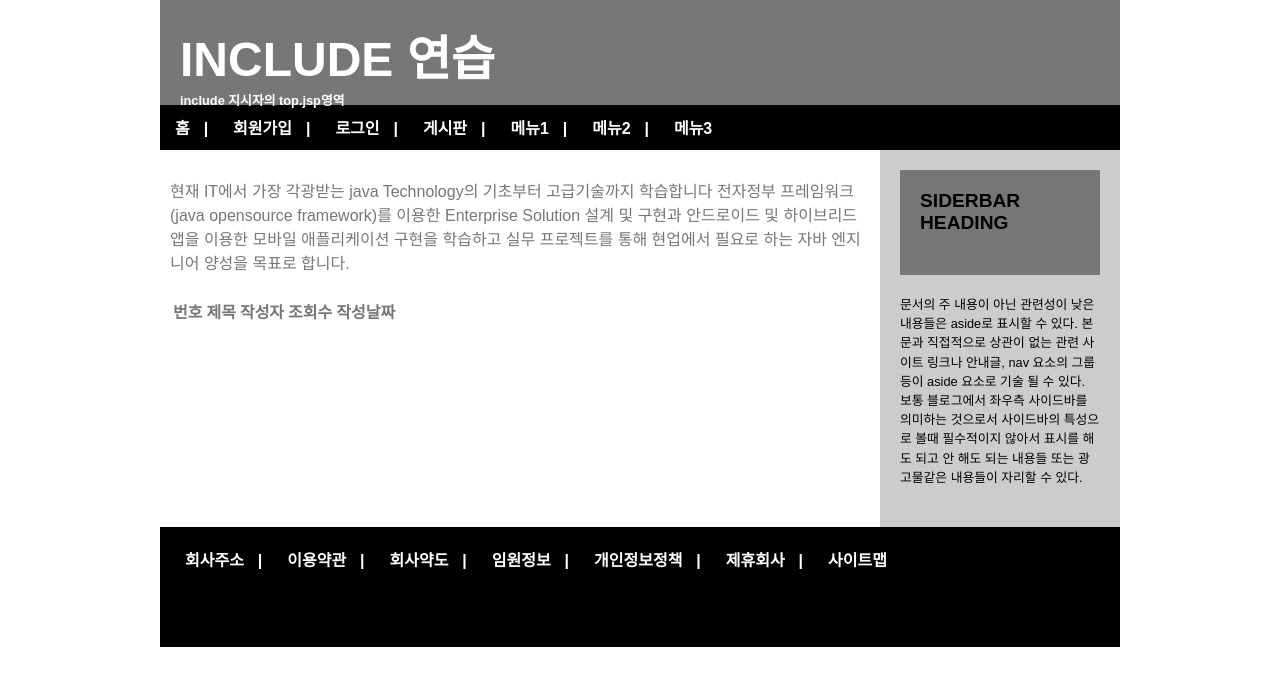
Repository: dev-sean/kosta
Page: http://localhost/jsp_1105/bbslist.jsp
The author's editor kept a copy of each file at every save. The page is drawn from the files as they stood at one save, then again after the next save.
The browser window is 1280 px wide. The pictures show the whole page.
Some web libraries are served in a nearby version. The page is served by Tomcat 9.

Above is the page before, as saved 2014-11-05 06:47:36.

After the next save:
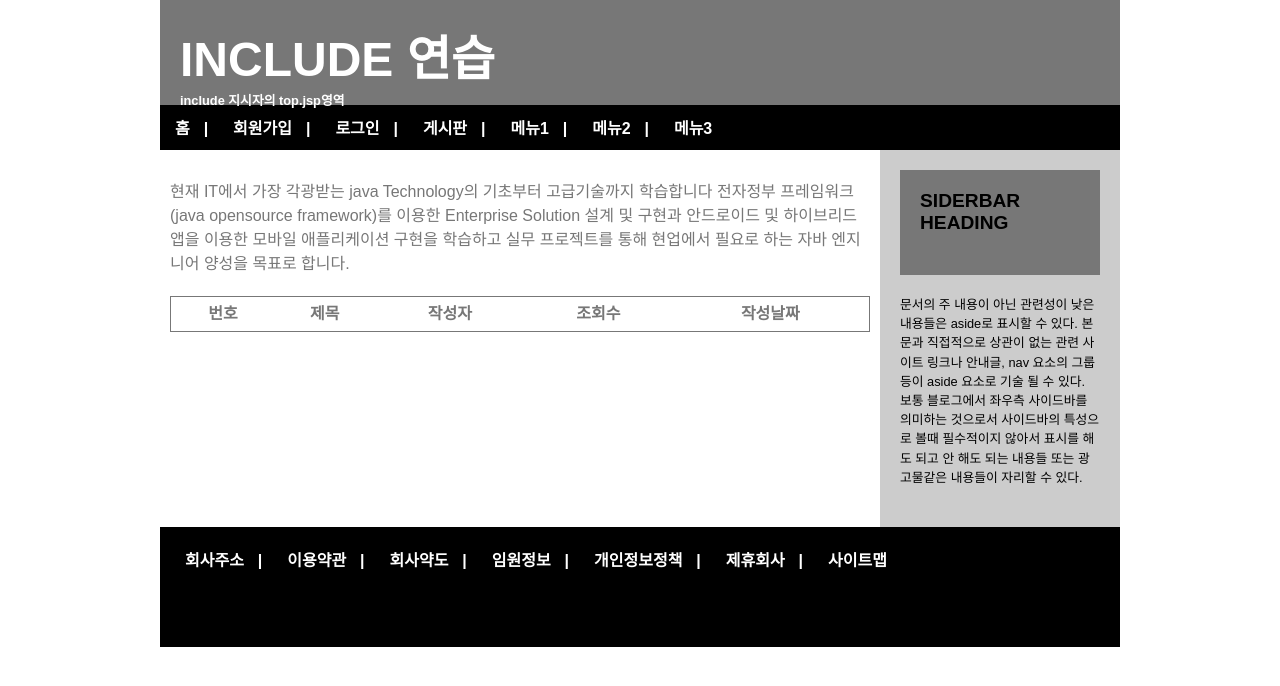
Saved 42 s later.
--- a/jsp/jsp_1105/WebContent/bbslist.jsp
+++ b/jsp/jsp_1105/WebContent/bbslist.jsp
@@ -8,7 +8,7 @@
 		프레임워크(java opensource framework)를 이용한 Enterprise Solution 설계 및 구현과
 		안드로이드 및 하이브리드앱을 이용한 모바일 애플리케이션 구현을 학습하고 실무 프로젝트를 통해 현업에서 필요로 하는 자바
 		엔지니어 양성을 목표로 합니다.</p>
-	<table>
+	<table style="width:100%; border:1px solid; border-collapse:cl=ollapse">
 		<thead>
 			<tr>
 				<th>번호</th>
